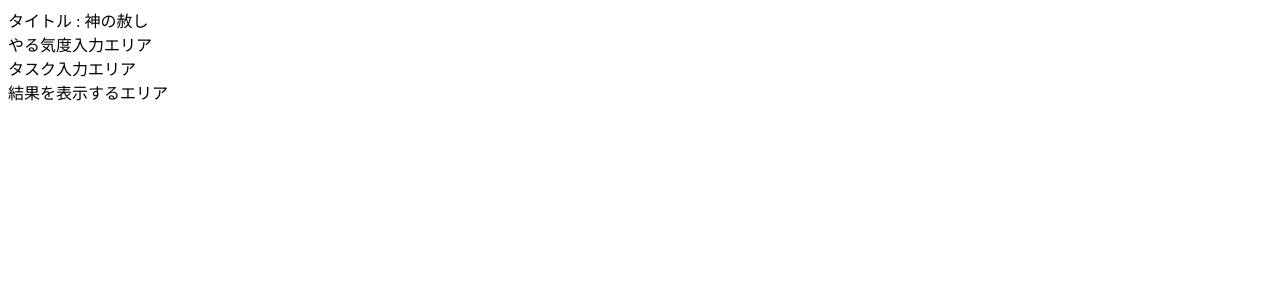
Repository: masa0306/god_forgiveness
Page: index.html
The author's editor kept a copy of each file at every save. The page is drawn from the files as they stood at one save, then again after the next save.
The browser window is 1280 px wide. The pictures show the whole page.

Above is the page before, as saved 2024-05-14 22:36:14.

### index.html
<!DOCTYPE html>
<html lang="en">
<head>
    <meta charset="UTF-8">
    <meta name="viewport" content="width=device-width, initial-scale=1.0">
    <title>Document</title>
</head>
<body>
    <!--  -->
    <div>タイトル : 神の赦し</div>
    <div>やる気度入力エリア</div>
    <div>タスク入力エリア</div>
    <div>結果を表示するエリア</div>
    <script src="https://ajax.googleapis.com/ajax/libs/jquery/3.7.0/jquery.min.js"></script>
    <script src="/js/script.js"></script>

</body>
</html>

Loaded but not shown: js/script.js (no copy from this time; the picture is the same without it)

After the next save:
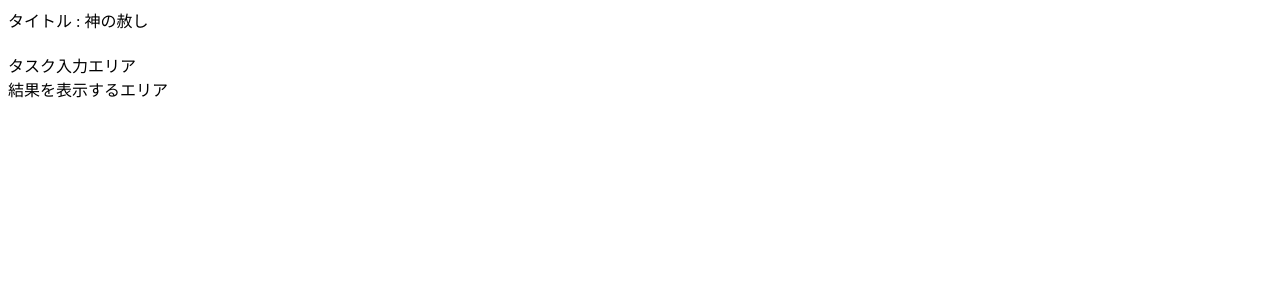
Saved 8 s later.
--- a/index.html
+++ b/index.html
@@ -8,7 +8,7 @@
 <body>
     <!--  -->
     <div>タイトル : 神の赦し</div>
-    <div>やる気度入力エリア</div>
+    <div><h1></h1></div>
     <div>タスク入力エリア</div>
     <div>結果を表示するエリア</div>
     <script src="https://ajax.googleapis.com/ajax/libs/jquery/3.7.0/jquery.min.js"></script>
